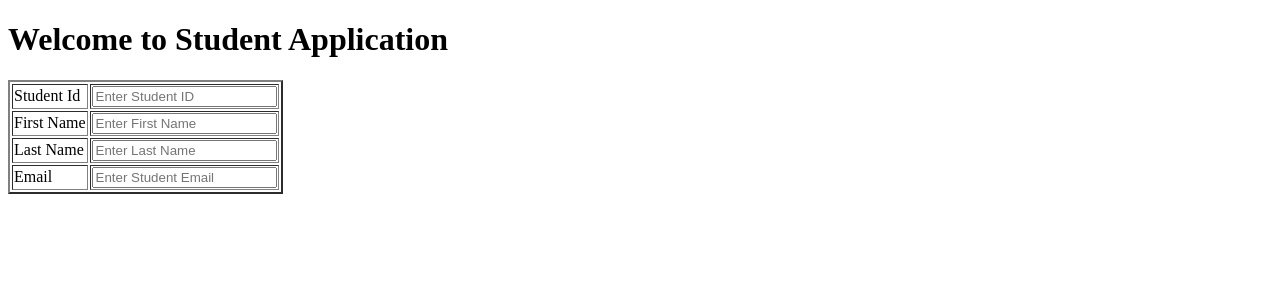
Repository: pathanking/srkr
Page: student-app/src/main/webapp/add-student.htm
The author's editor kept a copy of each file at every save. The page is drawn from the files as they stood at one save, then again after the next save.
The browser window is 1280 px wide. The pictures show the whole page.

Above is the page before, as saved 2023-06-14 09:45:06.

### student-app/src/main/webapp/add-student.htm
<!DOCTYPE html>
<html>
<head>
<meta charset="windows-1256">
<title>Add Student</title>
</head>
<body>
	<h1>Welcome to Student Application</h1>

	<form action="">
		<table border="2px solid black">
			<tr>
				<td>Student Id</td>
				<td><input type="number" name="stdid" placeholder="Enter Student ID"> </td>
			</tr>
			<tr>
				<td>First Name</td>
				<td><input type="text" name="firstnm" placeholder="Enter First Name"> </td>
			</tr>
			<tr>
				<td>Last Name</td>
				<td><input type="text" name="lastnm" placeholder="Enter Last Name"></td>
			</tr>
			<tr>
				<td>Email</td>
				<td><input type="email" name="email" placeholder="Enter Student Email"></td>
			</tr>
		</table>
	</form>


</body>
</html>

After the next save:
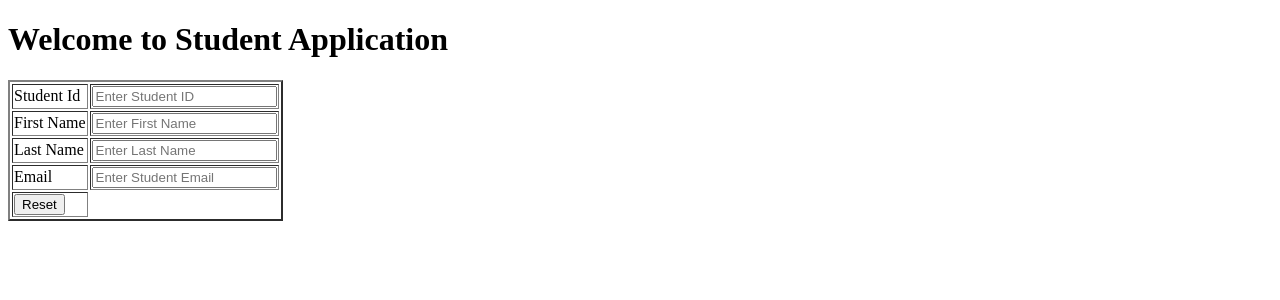
Saved 64 s later.
--- a/student-app/src/main/webapp/add-student.htm
+++ b/student-app/src/main/webapp/add-student.htm
@@ -25,6 +25,10 @@
 				<td>Email</td>
 				<td><input type="email" name="email" placeholder="Enter Student Email"></td>
 			</tr>
+
+			<tr>
+				<td> <button type="reset">Reset</button> </td>
+			</tr>
 		</table>
 	</form>
 
